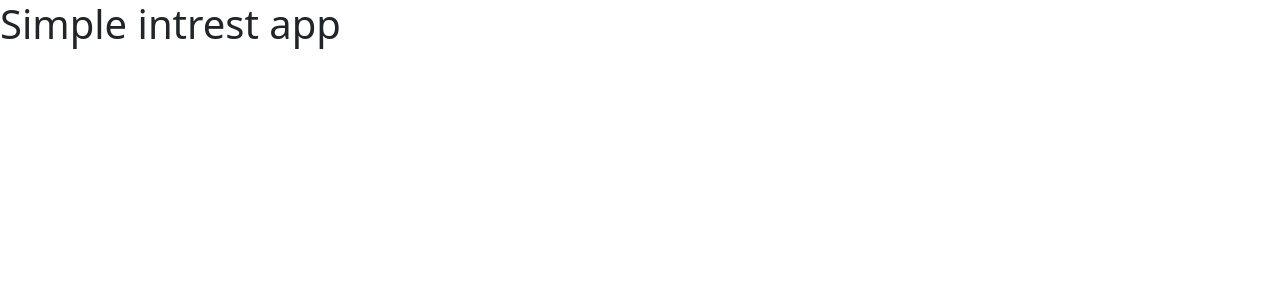
Repository: Afraz13/simple-intrest
Page: /
These files come from the project's save history. The page is drawn as it stood at one moment and after the next save; the edit follows.
The browser window is 1280 px wide. The pictures show the whole page.
The project was rebuilt for these pictures with package versions that can differ from the ones it lists, and the page was loaded fresh each time. Also part of the build but not shown: src/index.css, src/App.css.

Above is the page before, as saved 2024-07-15 20:14:32.

After the next save:
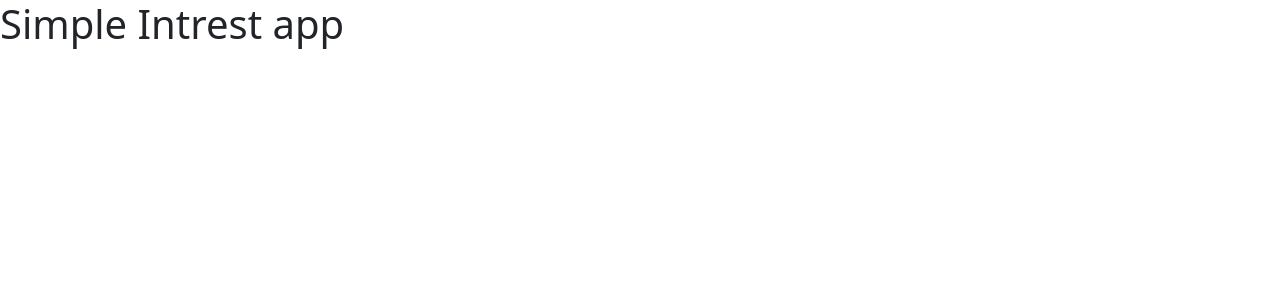
Saved 4 s later.
--- a/src/App.js
+++ b/src/App.js
@@ -4,7 +4,7 @@ import './App.css';
 function App() {
   return (
     <div className="App">
-      <h1>Simple intrest app</h1>
+      <h1>Simple Intrest app</h1>
     </div>
   );
 }
